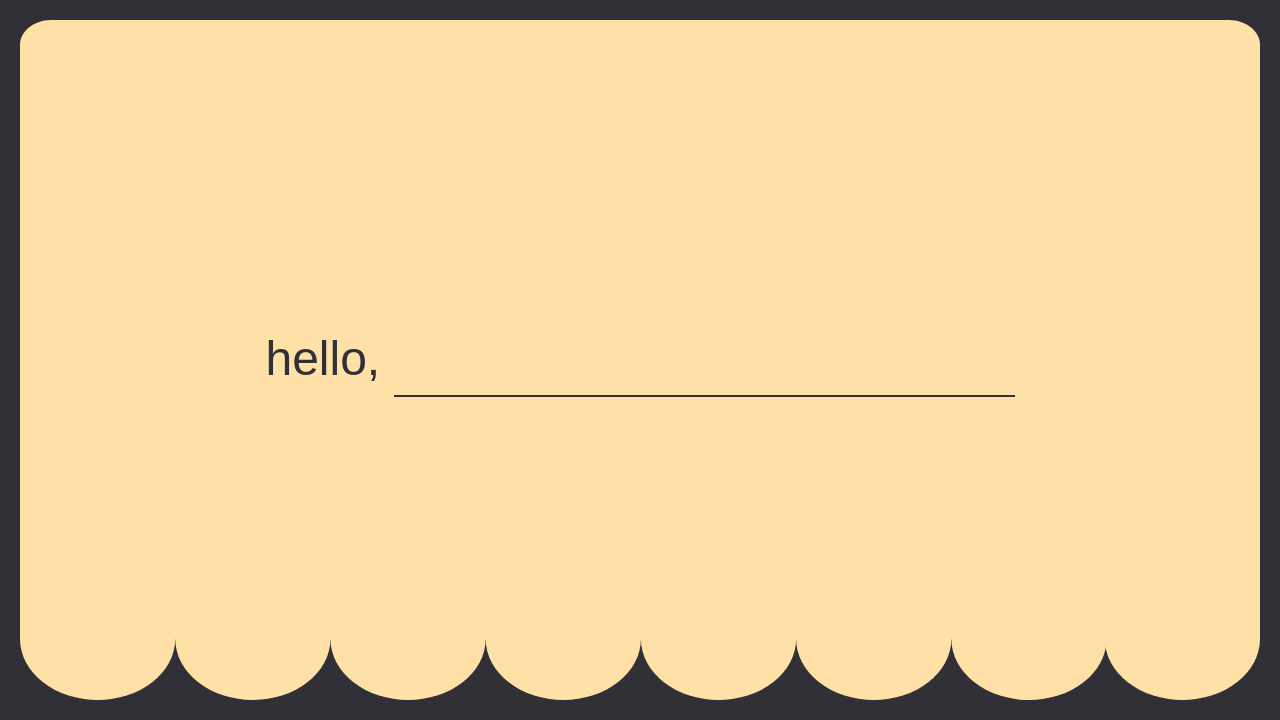
Repository: zhangolivia7/rot-recovery
Page: /
An editor plug-in stored every save of this project. The page is shown before and after the next save, followed by the edit.
The browser window is 1280 px wide. The pictures show the whole page.
Some web fonts or font styles are not loaded; a fallback is used. The project was rebuilt for these pictures with package versions that can differ from the ones it lists, and the page was loaded fresh each time. The framework's server and built-in components were replaced by stand-ins that run in the browser. Also part of the build but not shown: next.config.ts.

Above is the page before, as saved 2025-03-29 18:05:13.

After the next save:
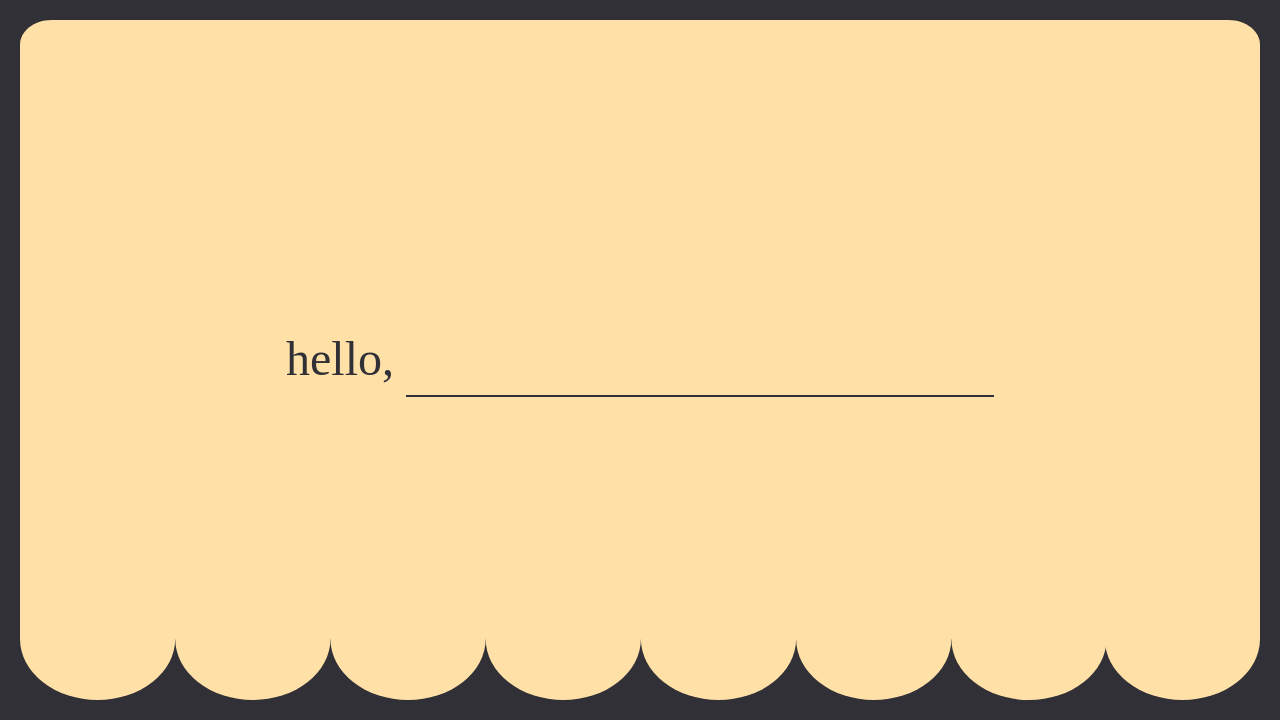
Saved 29 s later.
--- a/src/app/globals.css
+++ b/src/app/globals.css
@@ -73,4 +73,5 @@ h1 {
 
 #s1 h1 {
   color: var(--background);
+  font-family: var(--font-shrikhand);
 }
